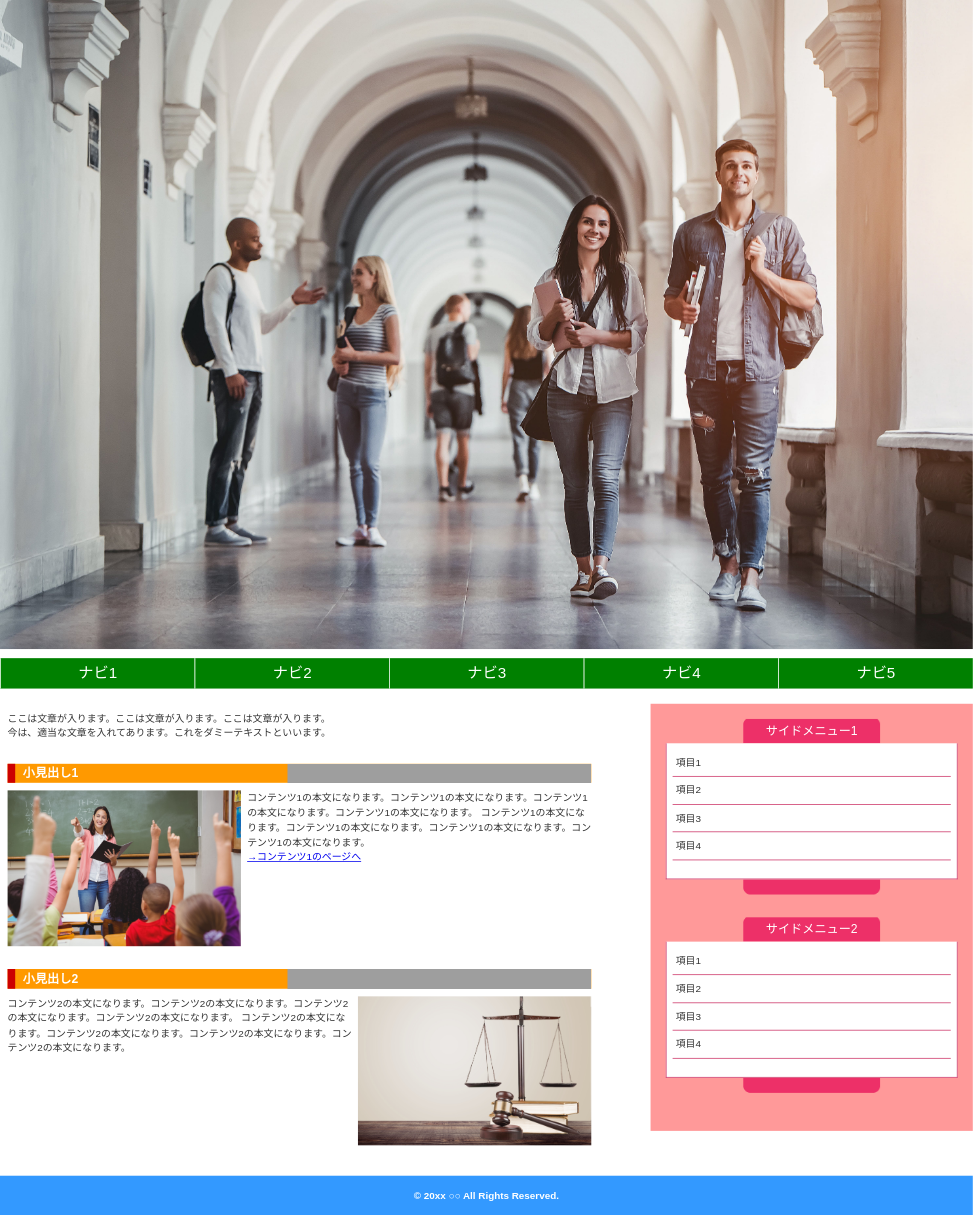
Repository: harchan1214/samurai_HTML-CSS
Page: home.html
The author's editor kept a record of every edit. The page is drawn from the files as they stood at one moment, then again after the next edit.
The browser window is 1280 px wide. The pictures show the whole page, at 76% of full size.
Pictures or frames that could not be fetched are drawn as grey boxes.

Above is the page before.

After the next edit:
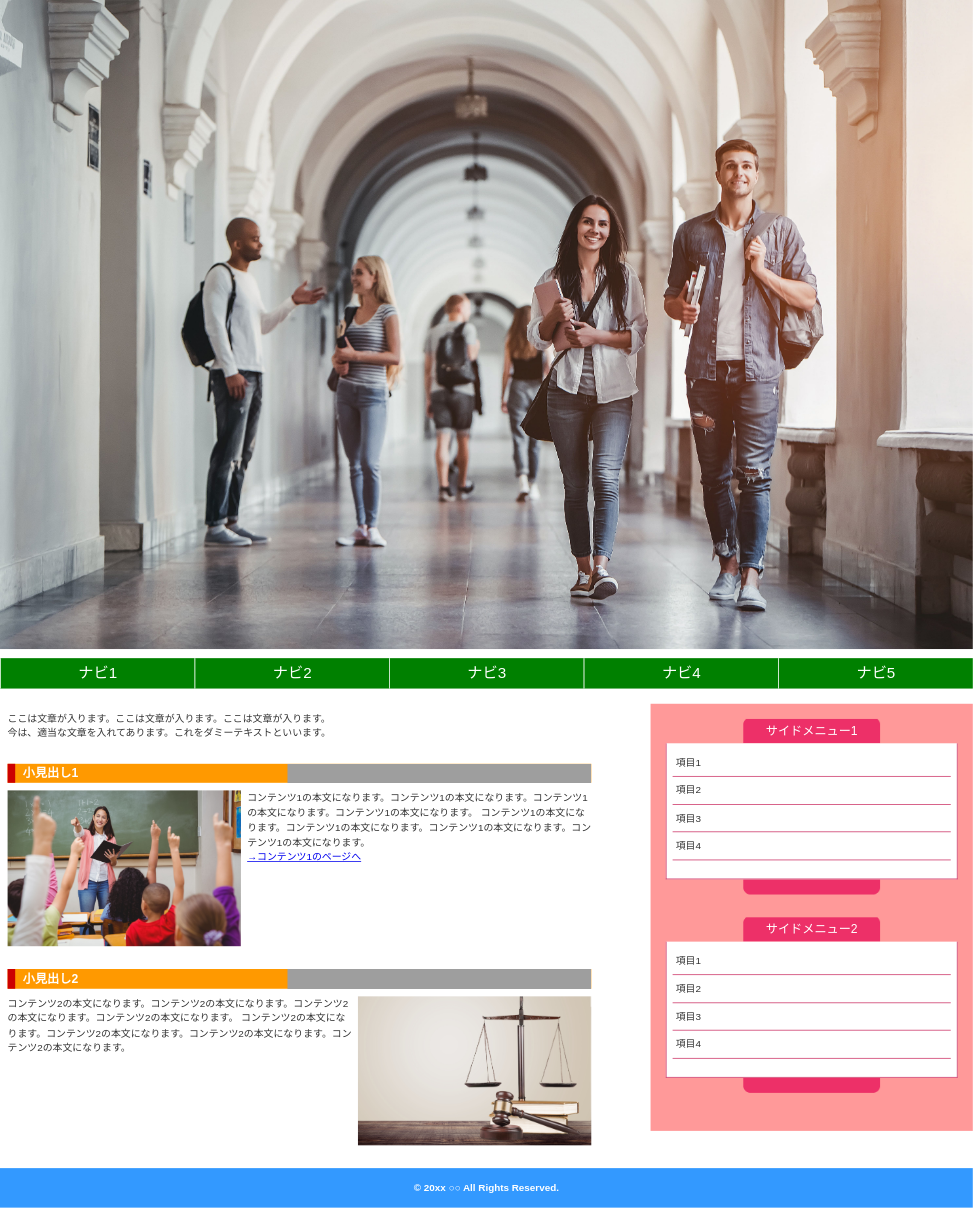
The edit:
--- a/home.html
+++ b/home.html
@@ -1,68 +1,69 @@
 <!DOCTYPE html>
 <html lang="ja">
-<head>
-    <meta charset="UTF-8">
-    <title>HTML/CSSの学習</title>
-    <link rel="stylesheet" href="stylesheet.css">
-</head>
+    <head>
+        <meta charset="UTF-8">
+        <title>HTML/CSSの学習</title>
+        <link rel="stylesheet" href="stylesheet.css">
+    </head>
     <body>
         <div id="header">
             <h1><a href="index.html"><img id="corridor" src="images/corridor.jpg" alt="大学の廊下" /></a></h1>
         </div>
         <div id="wrapper">
-        <div id="nav">
-            <ul>
-                 <li><a href="home.html">ナビ1</a></li>
-                 <li><a href="#">ナビ2</a></li>
-                 <li><a href="#">ナビ3</a></li>
-                 <li><a href="#">ナビ4</a></li>
-                 <li><a href="#">ナビ5</a></li>
-            </ul>
-        </div>
-        <div id="container">
-            <div id="main">
-                <div class="post">
-                    <p>ここは文章が入ります。ここは文章が入ります。ここは文章が入ります。<br />今は、適当な文章を入れてあります。これをダミーテキストといいます。</p>
-                </div>
-                <div class="post clearfix">
-                    <h2>小見出し1</h2>
-                    <img class="left" src="images/classroom.jpg" alt="授業風景" />
-                    <p>
-                        コンテンツ1の本文になります。コンテンツ1の本文になります。コンテンツ1の本文になります。コンテンツ1の本文になります。
-                        コンテンツ1の本文になります。コンテンツ1の本文になります。コンテンツ1の本文になります。コンテンツ1の本文になります。
-                    </p>
-                    <p><a href="#">→コンテンツ1のページへ</a></p>
-                </div>
-                <div class="post clearfix">
-                    <h2>小見出し2</h2>
-                    <img class="right" src="images/scale.jpg" alt="天秤" />
-                    <p>
-                        コンテンツ2の本文になります。コンテンツ2の本文になります。コンテンツ2の本文になります。コンテンツ2の本文になります。
-                        コンテンツ2の本文になります。コンテンツ2の本文になります。コンテンツ2の本文になります。コンテンツ2の本文になります。
-                    </p>
-                </div>
+            <div id="nav">
+                <ul>
+                    <li><a href="home.html">ナビ1</a></li>
+                    <li><a href="#">ナビ2</a></li>
+                    <li><a href="#">ナビ3</a></li>
+                    <li><a href="#">ナビ4</a></li>
+                    <li><a href="#">ナビ5</a></li>
+                </ul>
             </div>
-            <div id="side">
-                <div class="box">
-                    <h2>サイドメニュー1</h2>
-                    <div class="boxBody">
-                        <ul>
-                            <li>項目1</li>
-                            <li>項目2</li>
-                            <li>項目3</li>
-                            <li>項目4</li>
-                        </ul>
+            <div id="container">
+                <div id="main">
+                    <div class="post">
+                        <p>ここは文章が入ります。ここは文章が入ります。ここは文章が入ります。<br />今は、適当な文章を入れてあります。これをダミーテキストといいます。</p>
+                    </div>
+                    <div class="post clearfix">
+                        <h2>小見出し1</h2>
+                        <img class="left" src="images/classroom.jpg" alt="授業風景" />
+                        <p>
+                            コンテンツ1の本文になります。コンテンツ1の本文になります。コンテンツ1の本文になります。コンテンツ1の本文になります。
+                            コンテンツ1の本文になります。コンテンツ1の本文になります。コンテンツ1の本文になります。コンテンツ1の本文になります。
+                        </p>
+                        <p><a href="#">→コンテンツ1のページへ</a></p>
+                    </div>
+                    <div class="post clearfix">
+                        <h2>小見出し2</h2>
+                        <img class="right" src="images/scale.jpg" alt="天秤" />
+                        <p>
+                            コンテンツ2の本文になります。コンテンツ2の本文になります。コンテンツ2の本文になります。コンテンツ2の本文になります。
+                            コンテンツ2の本文になります。コンテンツ2の本文になります。コンテンツ2の本文になります。コンテンツ2の本文になります。
+                        </p>
                     </div>
                 </div>
-                <div class="box">
-                    <h2>サイドメニュー2</h2>
-                    <div class="boxBody">
-                        <ul>
-                            <li>項目1</li>
-                            <li>項目2</li>
-                            <li>項目3</li>
-                            <li>項目4</li>
-                        </ul>
+                <div id="side">
+                    <div class="box">
+                        <h2>サイドメニュー1</h2>
+                        <div class="boxBody">
+                            <ul>
+                                <li>項目1</li>
+                                <li>項目2</li>
+                                <li>項目3</li>
+                                <li>項目4</li>
+                            </ul>
+                        </div>
+                    </div>
+                    <div class="box">
+                        <h2>サイドメニュー2</h2>
+                        <div class="boxBody">
+                            <ul>
+                                <li>項目1</li>
+                                <li>項目2</li>
+                                <li>項目3</li>
+                                <li>項目4</li>
+                            </ul>
+                        </div>
                     </div>
                 </div>
             </div>
